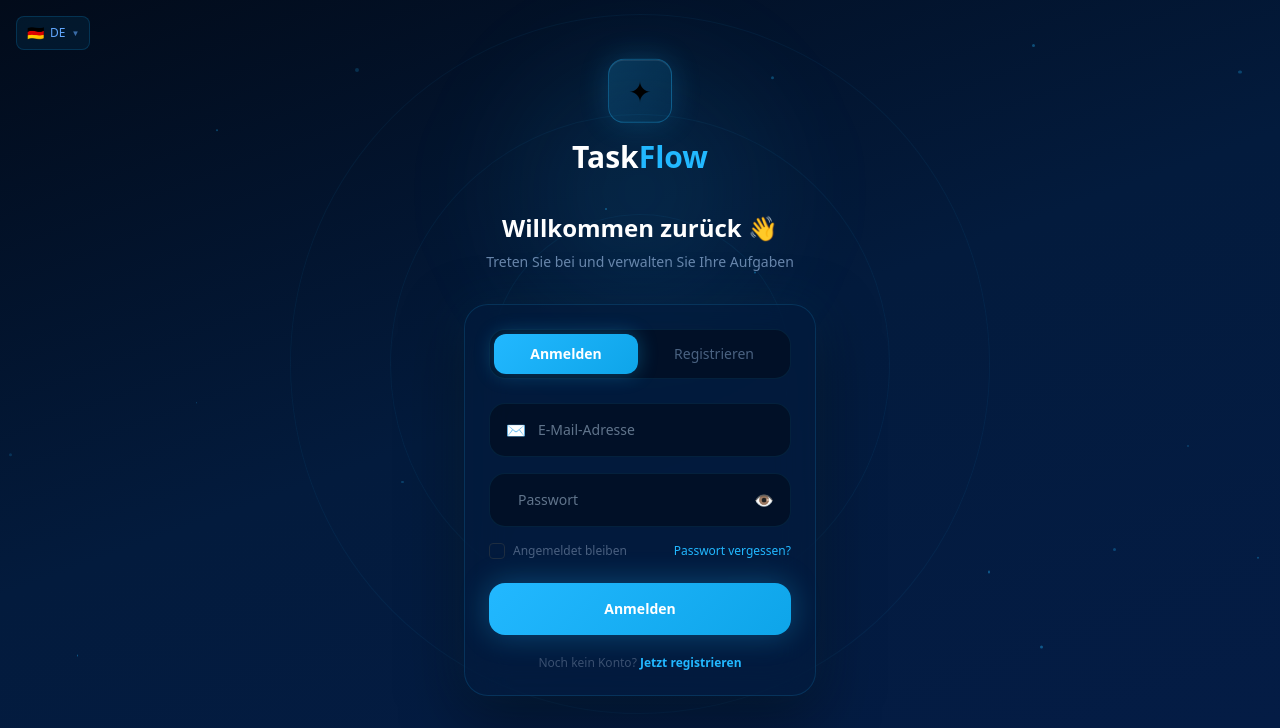
Repository: IssamSaed98/TaskManager.Frontend
Page: /
An editor plug-in stored every save of this project. The page is shown before and after the next save, followed by the edit.
The browser window is 1280 px wide. The pictures show the whole page.
The project was rebuilt for these pictures with package versions that can differ from the ones it lists, and the page was loaded fresh each time. Also part of the build but not shown: vite.config.js, src/pages/Register.jsx, src/pages/AdminDashboard.jsx, src/components/TaskForm.jsx, src/components/TaskCard.jsx, src/components/KanbanBoard.jsx.

Above is the page before, as saved 2026-06-01 14:40:04.

After the next save:
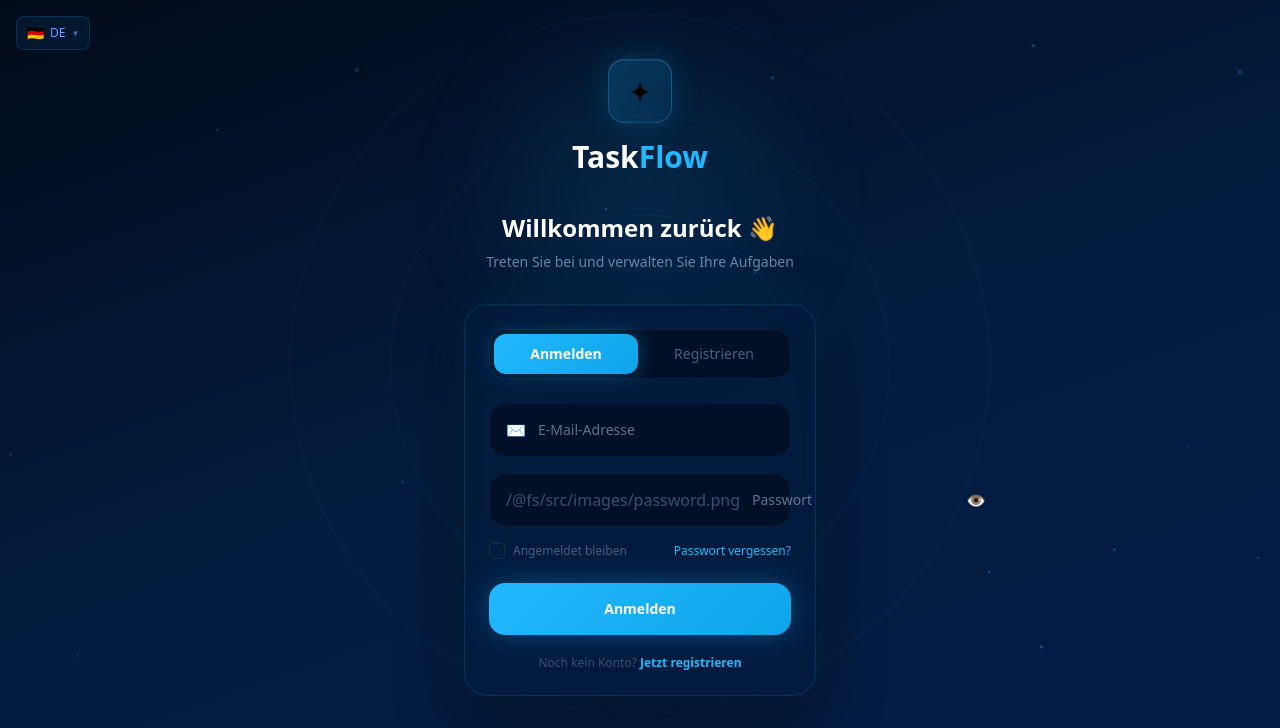
Saved 53 s later.
--- a/src/pages/Login.jsx
+++ b/src/pages/Login.jsx
@@ -3,7 +3,7 @@ import { motion } from 'framer-motion'
 import { login } from '../api'
 import { useLanguage } from '../hooks/useLanguage'
 import LanguageSwitcher from '../components/LanguageSwitcher'
-import {passImage} from '../images/password.png'
+import passImage from '../images/password.png'
 
 function Login({ onLogin, goToRegister }) {
   const { t, isRTL } = useLanguage()
